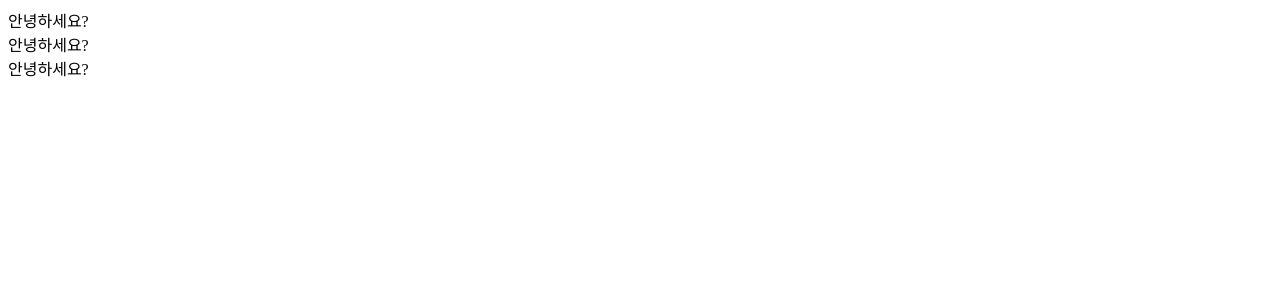
Repository: jjanggu1990/kh_java
Page: http://localhost/JSP_EX/day0321/useOutObject.jsp
An editor plug-in stored every save of this project. The page is shown before and after a run of saves, followed by the edit.
The browser window is 1280 px wide. The pictures show the whole page.
The page is served by Tomcat 9. Other server files are loaded and not shown.

Above is the page before, as saved 2016-03-21 07:19:41.

### workspace/JSP_EX/WebContent/day0321/useOutObject.jsp
<%@ page contentType="text/html; charset=utf-8"%>
<!DOCTYPE html>
<html>
<head>

<title>Insert title here</title>
</head>
<body>
안녕하세요?<br>
<%="안녕하세요?" %><br>
<% out.println("안녕하세요?"); %>
</body>
</html>

After the next 4 saves:
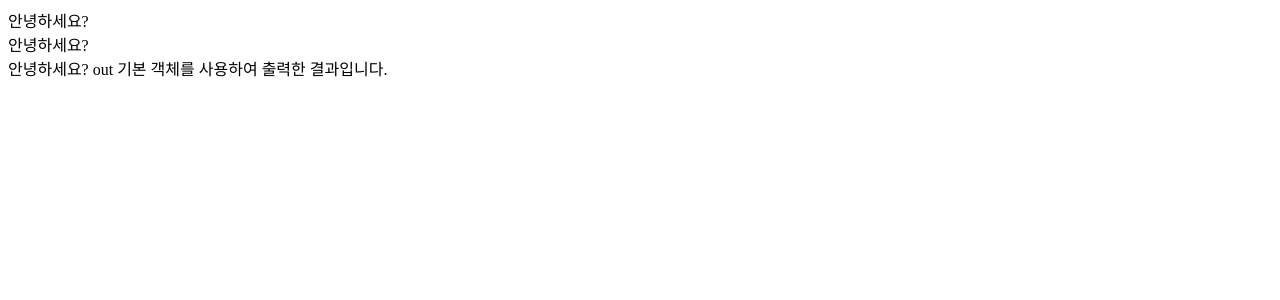
The 4 saves are shown as one change because they came seconds apart.
The last was saved 26 s later.
--- a/workspace/JSP_EX/WebContent/day0321/useOutObject.jsp
+++ b/workspace/JSP_EX/WebContent/day0321/useOutObject.jsp
@@ -9,5 +9,7 @@
 안녕하세요?<br>
 <%="안녕하세요?" %><br>
 <% out.println("안녕하세요?"); %>
+out 기본 객체를 사용하여
+<% out.print(" 출력한 결과입니다."); %>
 </body>
 </html>
